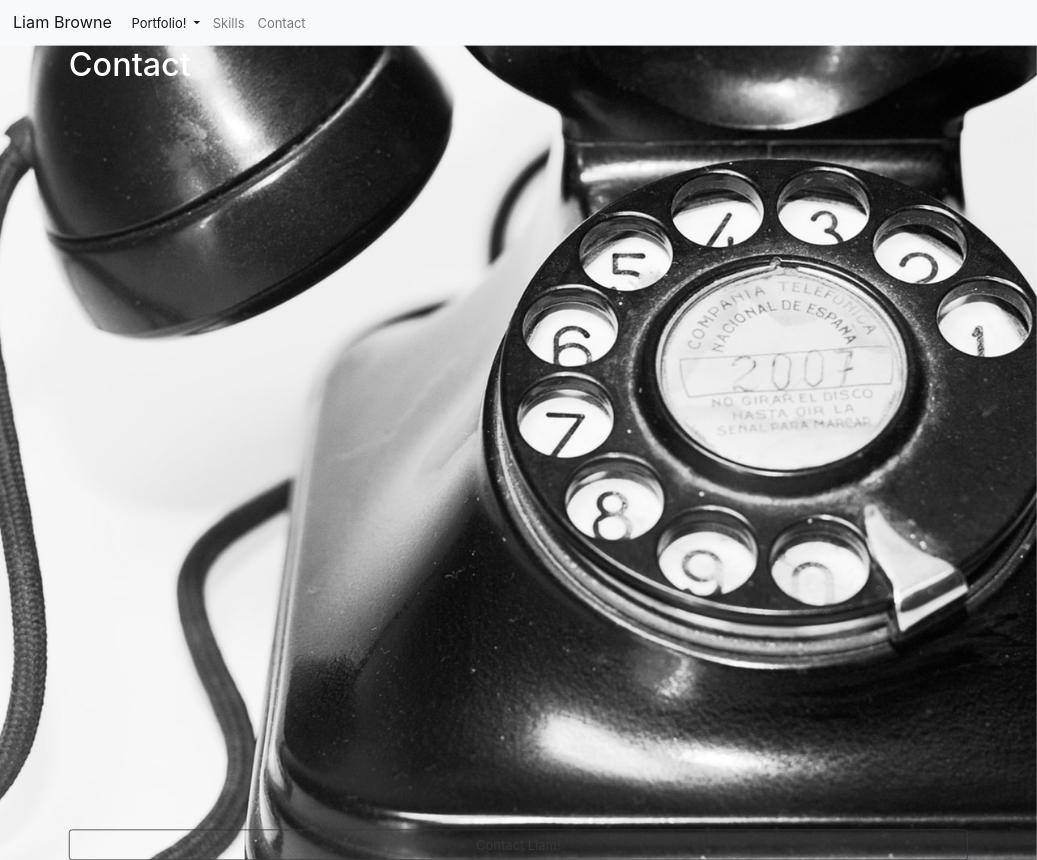
Repository: LiamB123/LiamBrowne.com.github.io
Page: contact.html
The author's editor kept a record of every edit. The page is drawn from the files as they stood at one moment, then again after the next edit.
The browser window is 1280 px wide. The pictures show the whole page, at 81% of full size.
Backgrounds fixed to the window are drawn as part of the page.

Above is the page before.

After the next edit:
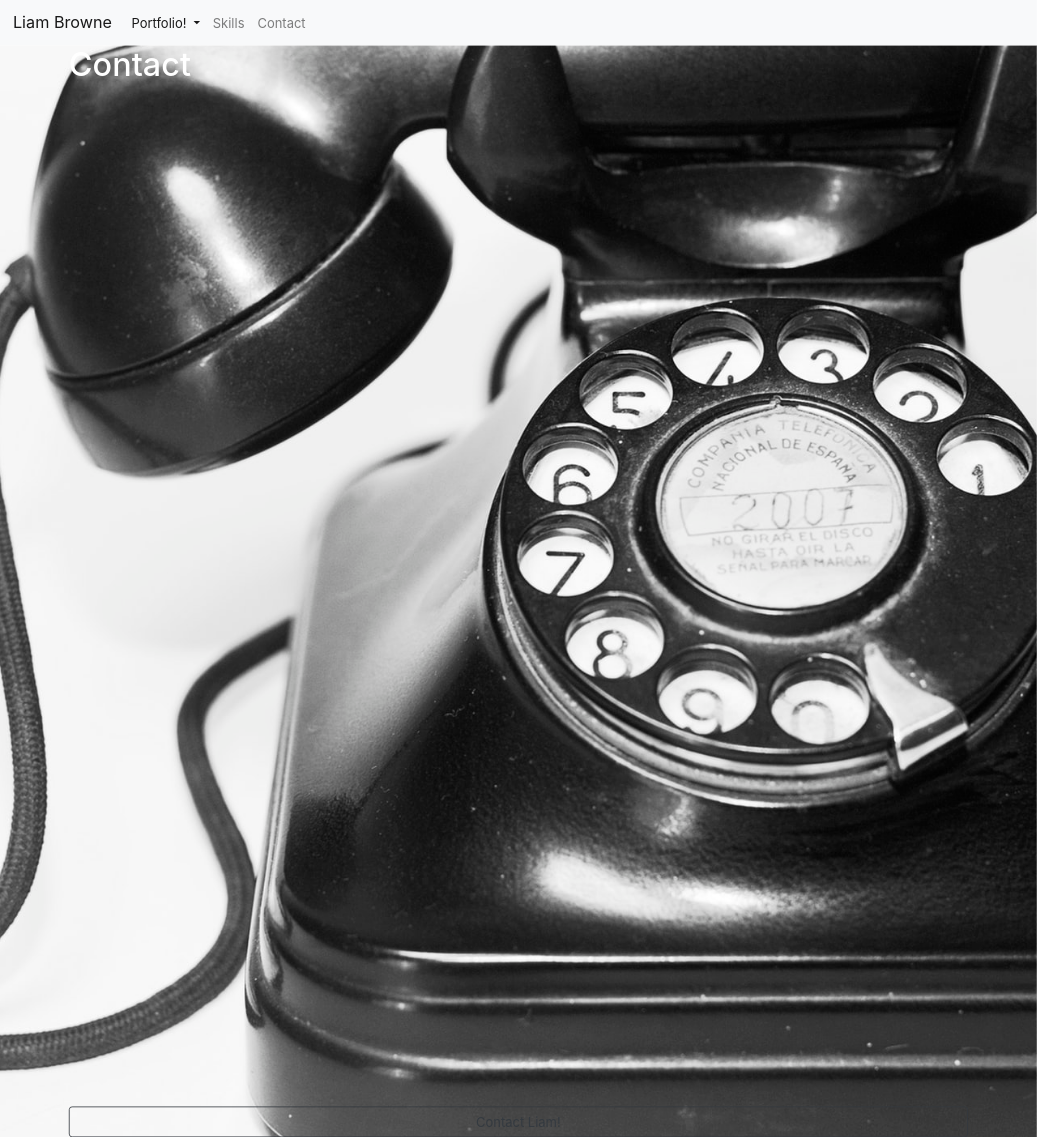
The edit:
--- a/static/css/custom.css
+++ b/static/css/custom.css
@@ -29,7 +29,7 @@
 
 
 .vertical-align-center{
-    padding-top:40%;
+    padding-top:70%;
     text-align: center;
     padding-bottom: 40%;
 }
